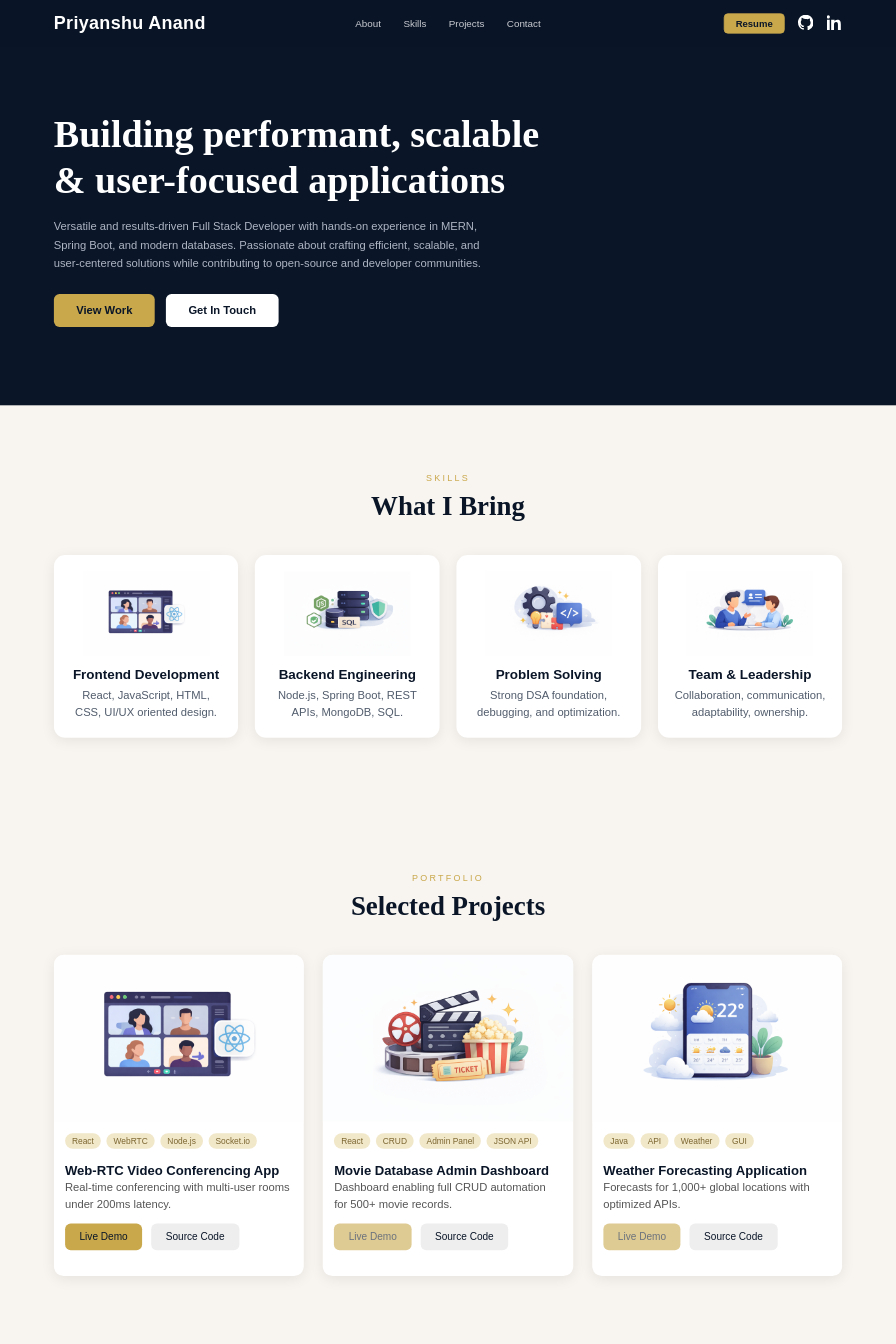
Repository: priyanshuanand12022/My-Portfolio
Page: /
These files come from the project's save history. The page is drawn as it stood at one moment and after a run of saves; the edit follows.
The browser window is 1280 px wide. The pictures show the part of the page from y = 0 to 1920 px (the page is 2746 px tall), at 70% of full size.
The project was rebuilt for these pictures with package versions that can differ from the ones it lists, and the page was loaded fresh each time. Also part of the build but not shown: vite.config.js.

Above is the page before, as saved 2026-02-25 23:25:37.

After the next 2 saves:
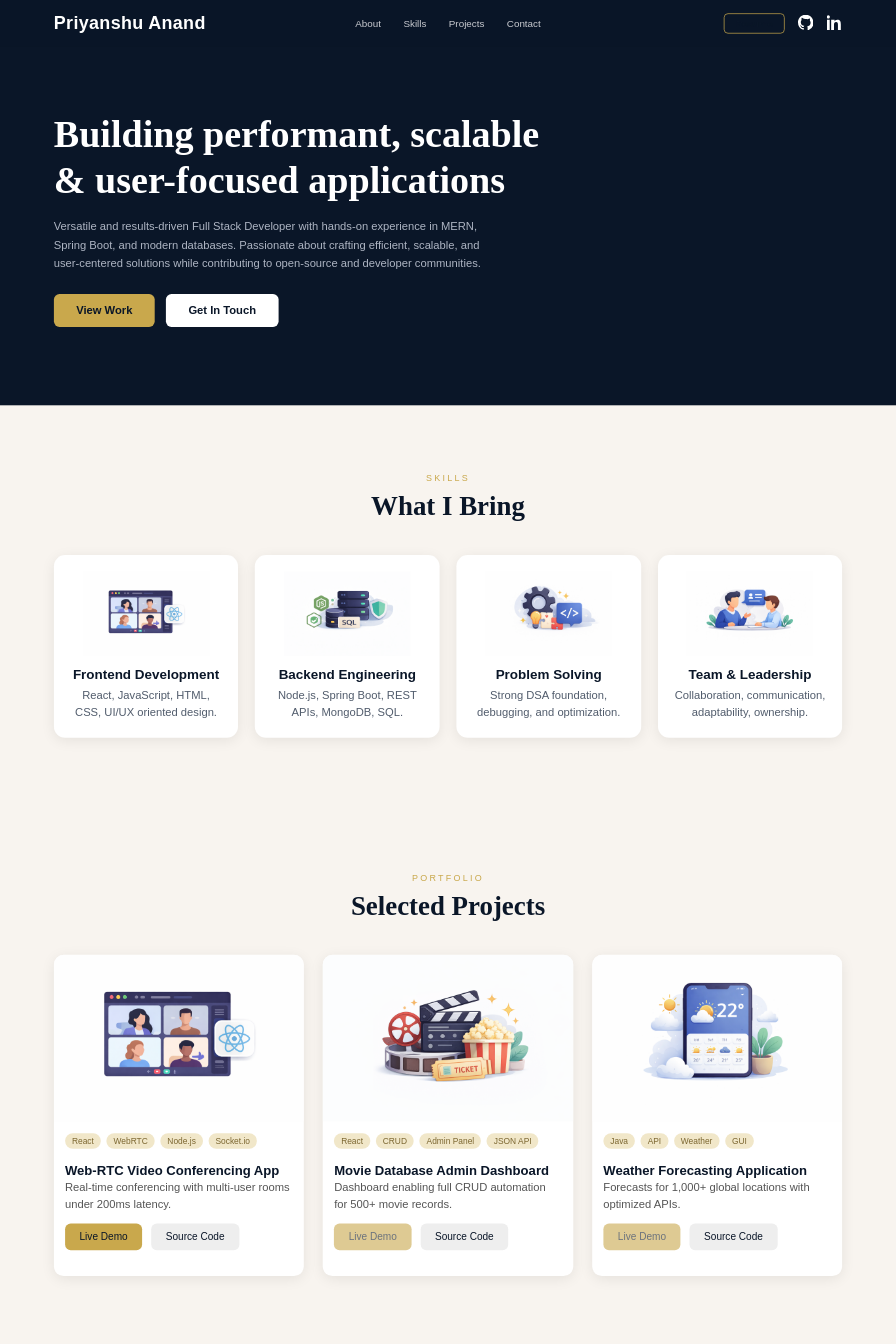
The 2 saves are shown as one change because they came seconds apart.
The last was saved 7 s later.
--- a/src/Portfolio.css
+++ b/src/Portfolio.css
@@ -68,7 +68,7 @@ body {
 
 .resume-btn {
   border: 1px solid #c9a84c;
-  background: #c9a84c;
+  background: transparent;
   color: #0a1628;
   padding: 6px 16px;
   border-radius: 6px;
